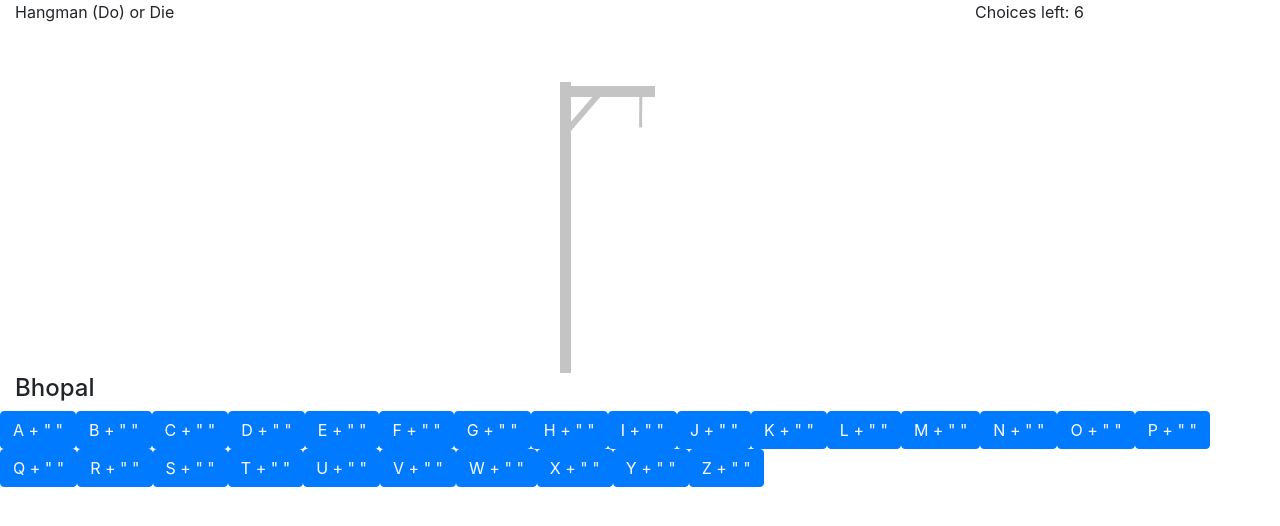
Repository: jatinhchanchlani/hangman
Page: /
These files come from the project's save history. The page is drawn as it stood at one moment and after the next save; the edit follows.
The browser window is 1280 px wide. The pictures show the whole page.
The project was rebuilt for these pictures with package versions that can differ from the ones it lists, and the page was loaded fresh each time. Also part of the build but not shown: src/App.css.

Above is the page before, as saved 2020-10-04 22:32:20.

After the next save:
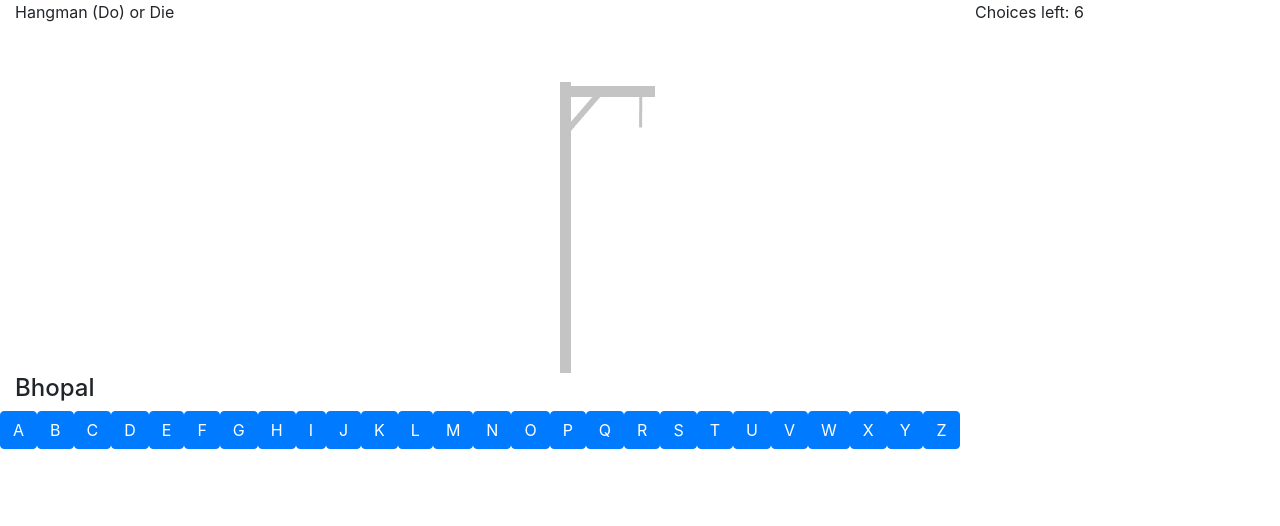
Saved 5 s later.
--- a/src/components/letters.jsx
+++ b/src/components/letters.jsx
@@ -9,7 +9,7 @@ class Letters extends Component {
           .map((_, index) => String.fromCharCode("A".charCodeAt(0) + index))
           .map((char) => (
             <button key={char} className="btn btn-primary">
-              {char} + " "
+              {char}
             </button>
           ))}
       </div>
